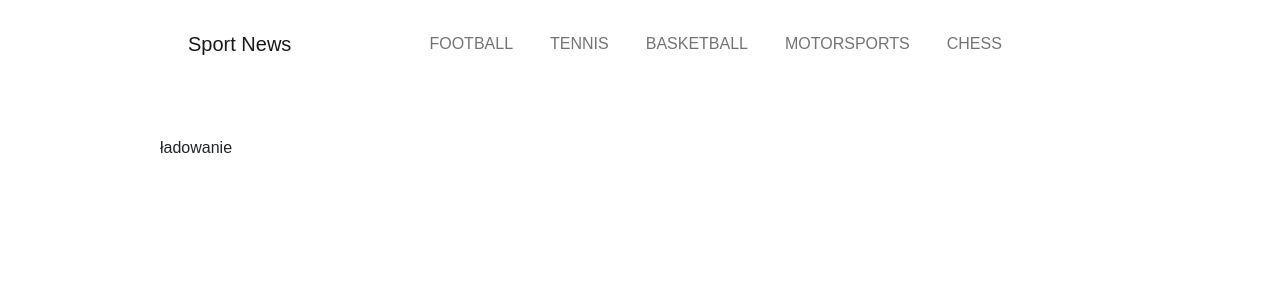
Repository: michalgornicki/sportnews
Page: /
An editor plug-in stored every save of this project. The page is shown before and after a run of saves, followed by the edit.
The browser window is 1280 px wide. The pictures show the whole page.
The page's requests for data from a server got no answer. The project was rebuilt for these pictures with package versions that can differ from the ones it lists, and the page was loaded fresh each time. No one was signed in, and anything a server would have sent is missing. Also part of the build but not shown: src/components/posts/Post.jsx.

Above is the page before, as saved 2022-03-02 08:37:52.

After the next 4 saves:
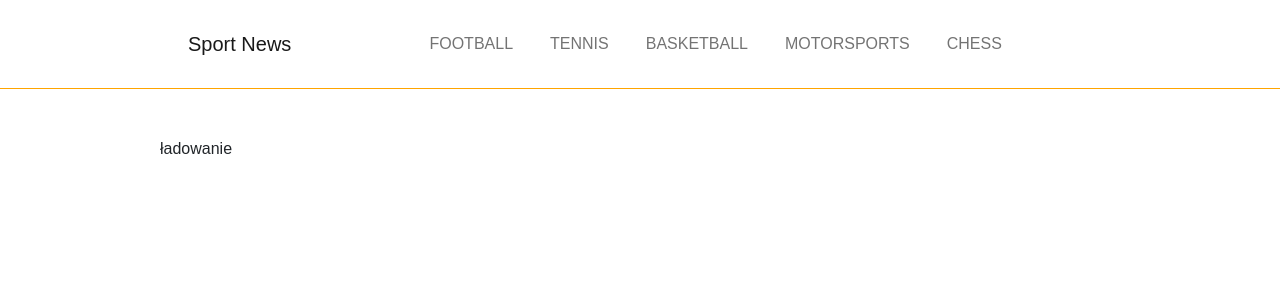
The 4 saves are shown as one change because they came seconds apart.
The last was saved 14 s later.
--- a/src/App.scss
+++ b/src/App.scss
@@ -115,7 +115,9 @@ body{
 
 }
 
-
+.navbar{
+  border-bottom: 1px solid orange;
+}
 
 $breakpoint-tablet: 1000px;
 @media (max-device-width: $breakpoint-tablet), (max-width: $breakpoint-tablet) {
